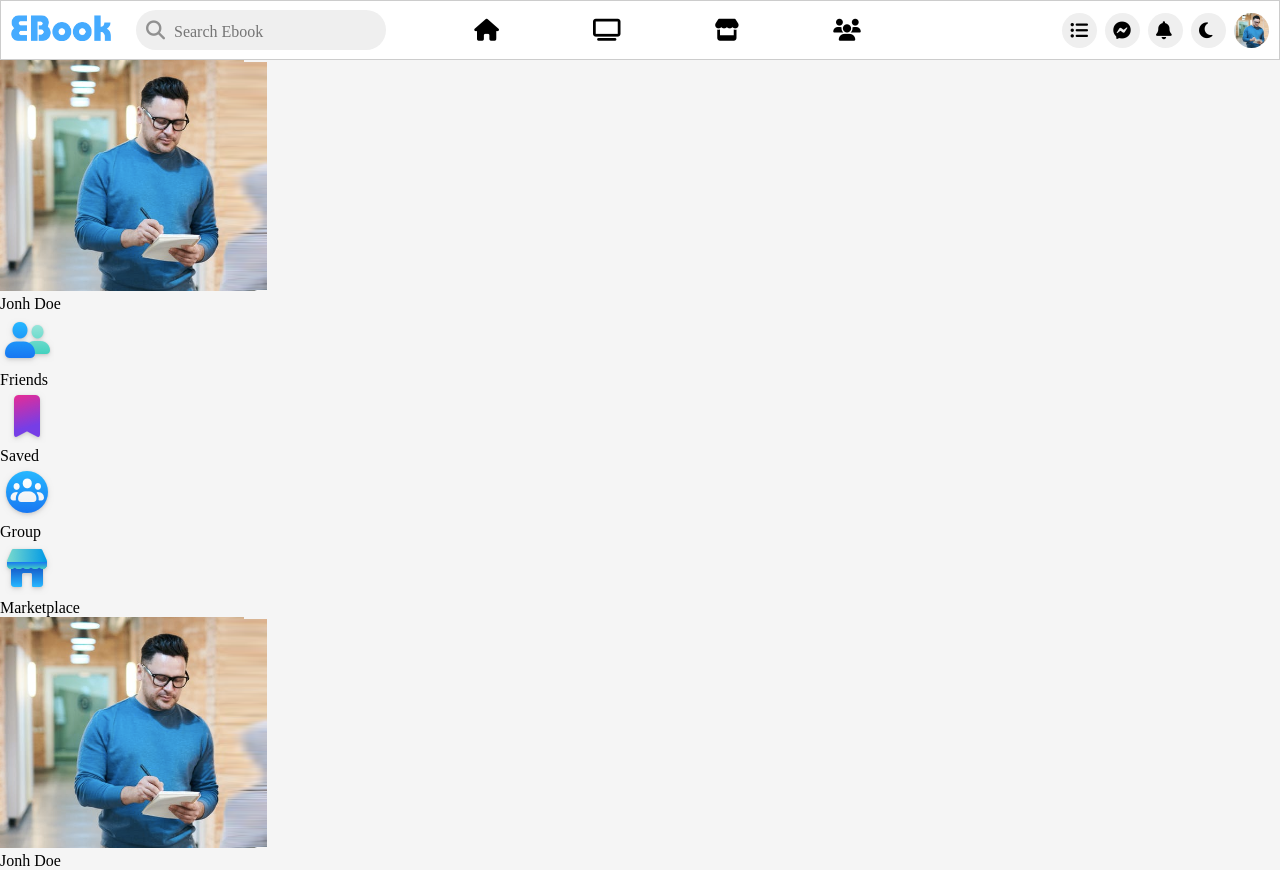
Repository: datvu1608/cloneebook
Page: index.html
The author's editor kept a copy of each file at every save. The page is drawn from the files as they stood at one save, then again after the next save.
The browser window is 1280 px wide. The pictures show the whole page.
Some web libraries are served in a nearby version.

Above is the page before, as saved 2023-02-23 14:54:27.

### index.html
<!DOCTYPE html>
<html lang="en">
  <head>
    <meta charset="UTF-8" />
    <meta http-equiv="X-UA-Compatible" content="IE=edge" />
    <meta name="viewport" content="width=device-width, initial-scale=1.0" />
    <title>Face Clone</title>
    <link
      rel="stylesheet"
      href="https://cdnjs.cloudflare.com/ajax/libs/font-awesome/6.3.0/css/all.min.css"
      integrity="sha512-SzlrxWUlpfuzQ+pcUCosxcglQRNAq/DZjVsC0lE40xsADsfeQoEypE+enwcOiGjk/bSuGGKHEyjSoQ1zVisanQ=="
      crossorigin="anonymous"
      referrerpolicy="no-referrer"
    />
    <link rel="stylesheet" href="style.css" />
  </head>
  <body>
    <nav>
      <div class="left">
        <div class="logo">
          <img src="./image/logo.png" alt="" />
        </div>
        <div class="search-bar">
          <i class="fa-solid fa-magnifying-glass"></i>
          <input type="text" name="" id="" placeholder="Search Ebook" />
        </div>
      </div>

      <div class="center">
        <i class="fa-solid fa-house"></i>
        <i class="fa-solid fa-tv"></i>
        <i class="fa-solid fa-store"></i>
        <i class="fa-solid fa-users"></i>
      </div>

      <div class="right">
        <i class="fa-solid fa-list-ul"></i>
        <i class="fa-brands fa-facebook-messenger"></i>
        <i class="fa-solid fa-bell"></i>
        <i class="fa-solid fa-moon"></i>
        <img src="./image/profile.png" alt="" />
      </div>
    </nav>

    <!-- Main -->
    <div class="main">
      <!-- left -->
      <div class="left">
        <div class="img">
          <img src="./image/profile.png" alt="" />
          <p>Jonh Doe</p>
        </div>
        <div class="img">
          <img src="./image/friend.png" alt="" />
          <p>Friends</p>
        </div>
        <div class="img">
          <img src="./image/saved.png" alt="" />
          <p>Saved</p>
        </div>
        <div class="img">
          <img src="./image/group.png" alt="" />
          <p>Group</p>
        </div>
        <div class="img">
          <img src="./image/marketplace.png" alt="" />
          <p>Marketplace</p>
        </div>
        <div class="img">
          <img src="./image/profile.png" alt="" />
          <p>Jonh Doe</p>
        </div>
      </div>
      <div class="center"></div>
      <div class="right"></div>
    </div>
  </body>
</html>

### style.css
* {
  margin: 0;
  padding: 0;
  box-sizing: border-box;
  font-family: serif;
}
nav {
  width: 100%;
  height: 60px;
  display: flex;
  align-items: center;
  justify-content: space-between;
  border: 1px solid #ccc;
  background: #fff;
  position: fixed;
  top: 0;
  z-index: 1000;
  cursor: pointer;
}
nav .left img {
  width: 100px;
  margin: 5px 0;
  cursor: pointer;
}
nav .left {
  display: flex;
  align-items: center;
  justify-content: center;
  margin-left: 10px;
}
nav .left .search-bar {
  width: 250px;
  height: 40px;
  background: #efefef;
  border-radius: 30px;
  padding: 0 10px;
  margin-left: 10px;
  position: relative;
  left: 15px;
}
nav .left .search-bar i {
  line-height: 40px;
  font-size: 19px;
  color: #919191;
  margin-right: 5px;
}
nav .left .search-bar input {
  background-color: transparent;
  outline: none;
  border: 0;
  width: 200px;
  font-size: 16px;
}

nav .center {
  position: relative;
  right: 45px;
}
nav .center i {
  margin: 0 45px 0 45px;
  font-size: 22px;
}
nav .center i:hover {
  color: #45abff;
  cursor: pointer;
}

nav .right {
  display: flex;
  align-items: center;
  margin-right: 10px;
}
nav .right i {
  width: 35px;
  height: 35px;
  border-radius: 50%;
  background: #efefef;
  line-height: 35px;
  padding-left: 8px;
  font-size: 18px;
  margin-left: 8px;
  cursor: pointer;
}
nav .right img {
  width: 35px;
  height: 35px;
  object-fit: cover;
  object-position: center;
  border-radius: 50%;
  margin-left: 8px;
  line-height: 45px;
  cursor: pointer;
}

/* main */
.main {
  display: flex;
  margin-top: 60px;
  background-color: #f5f5f5;
}

After the next save:
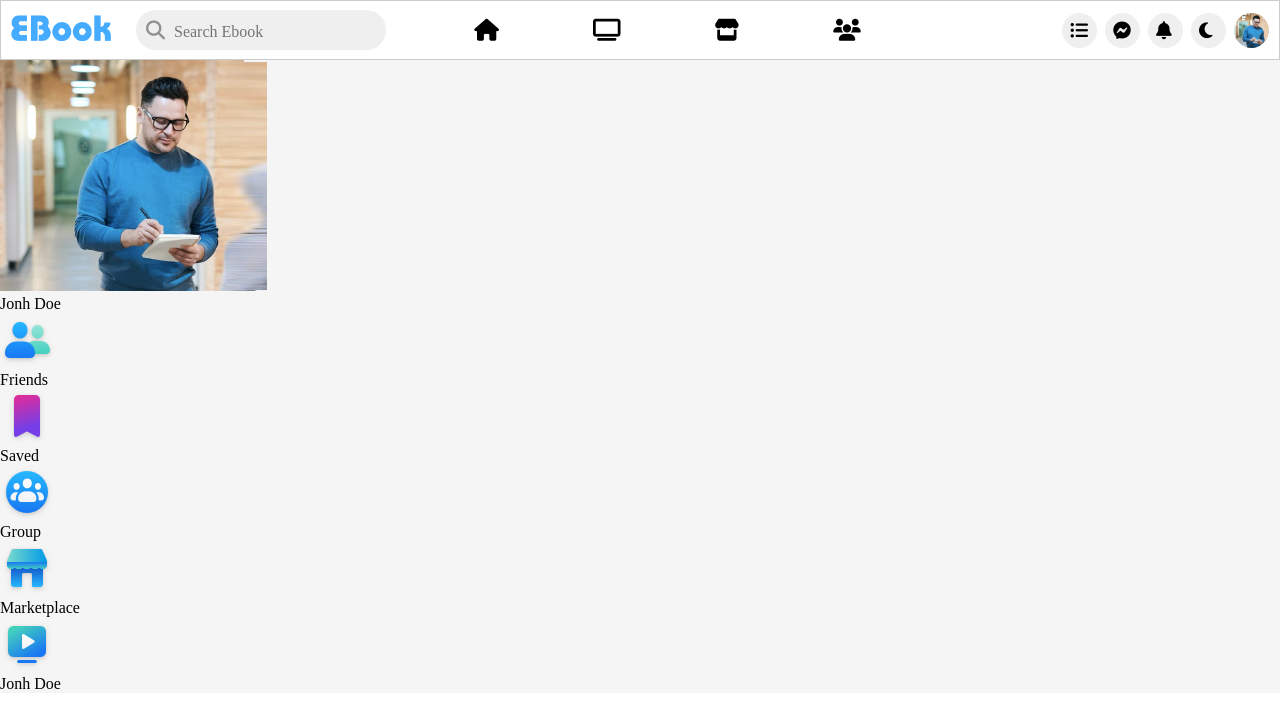
Saved 14 s later.
--- a/index.html
+++ b/index.html
@@ -67,7 +67,7 @@
           <p>Marketplace</p>
         </div>
         <div class="img">
-          <img src="./image/profile.png" alt="" />
+          <img src="./image/watch.png" alt="" />
           <p>Jonh Doe</p>
         </div>
       </div>
